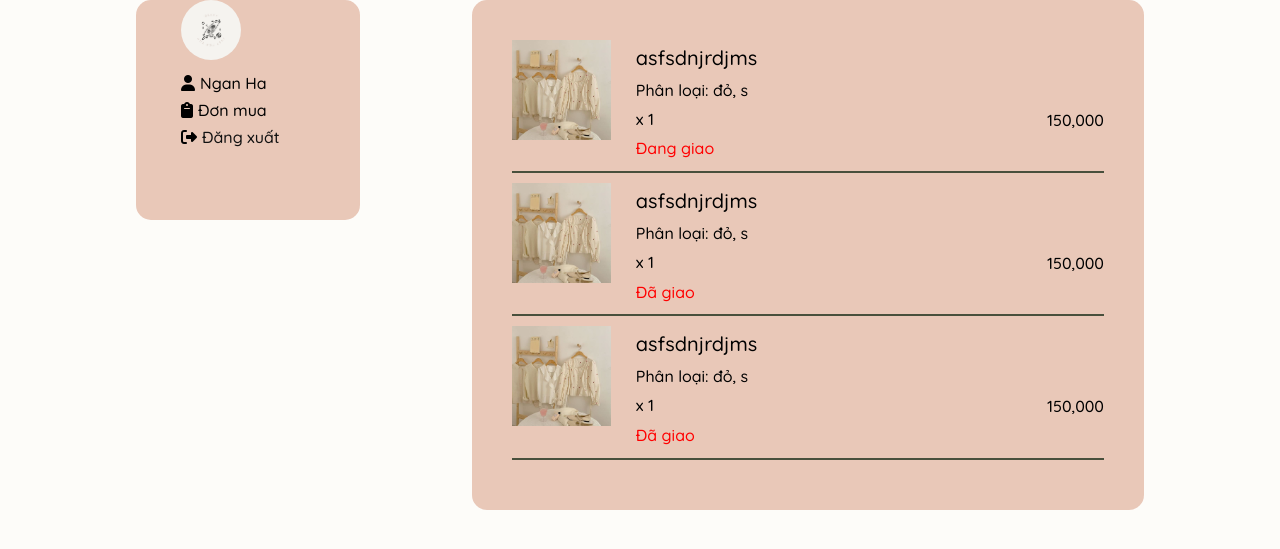
Repository: nganha241/store
Page: profile.html
An editor plug-in stored every save of this project. The page is shown before and after the next save, followed by the edit.
The browser window is 1280 px wide. The pictures show the whole page.
Some web libraries are served in a nearby version.

Above is the page before, as saved 2022-04-22 21:08:27.

After the next save:
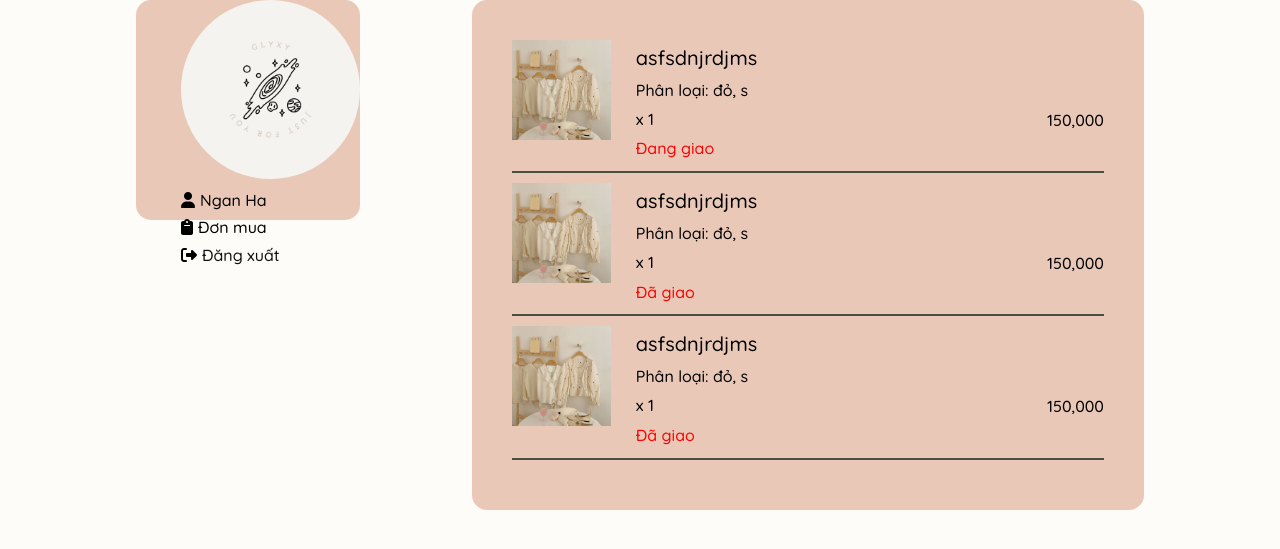
Saved 106 s later.
--- a/style.css
+++ b/style.css
@@ -1107,6 +1107,8 @@
     color: #551e02;
 }
 
+.container .profile .active .list
+
 .container .profile .active  .avatar {
     width: 60px;
     height: 60px;

After the save that followed:
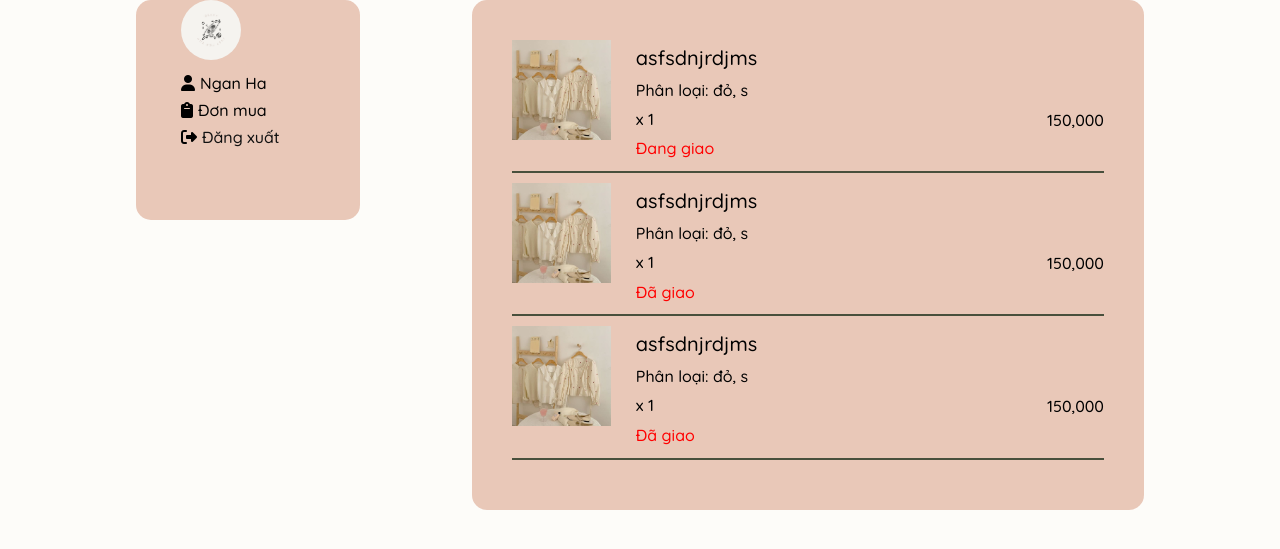
Saved 15 s later.
--- a/style.css
+++ b/style.css
@@ -1107,7 +1107,9 @@
     color: #551e02;
 }
 
-.container .profile .active .list
+.container .profile .active .list .order {
+    cursor: pointer;
+}
 
 .container .profile .active  .avatar {
     width: 60px;
